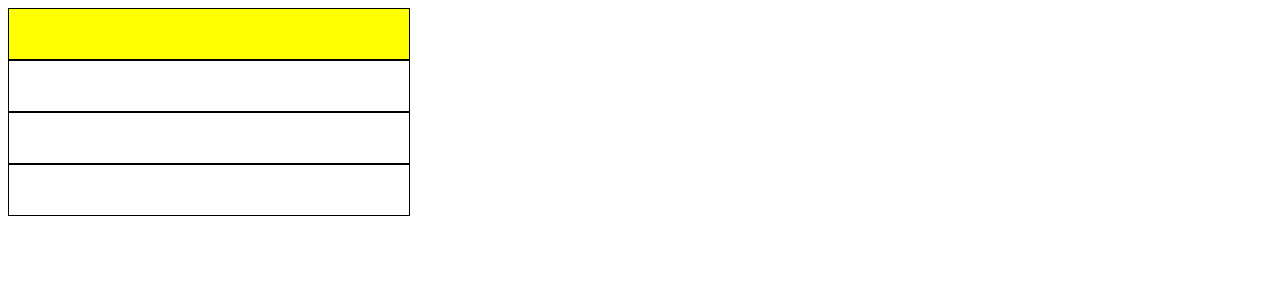
Repository: dudadab/Hhyundaiezwel_Academy
Page: CSS01/src/main/webapp/16_first-child.html
The author's editor kept a copy of each file at every save. The page is drawn from the files as they stood at one save, then again after the next save.
The browser window is 1280 px wide. The pictures show the whole page.

Above is the page before, as saved 2025-07-02 04:31:43.

### CSS01/src/main/webapp/16_first-child.html
<!DOCTYPE html>
<html>
<head>
<meta charset="UTF-8">
<title>first-child 선택자</title>
	<style type="text/css">
	#content div { /*content의 모든 자손 div*/
		width:400px;
		height:50px;
		border:solid 1px black;
	}

	/*content 내의 첫번째 div를 선택:첫번째 객체의미 선택자 기준태그:first-child*/
	#content div:first-child {background:yellow;}
	</style>
</head>
<body>
	<div id="content">
		<div></div>
		<div></div>
		<div></div>
		<div></div>
	</div>
</body>
</html>

After the next save:
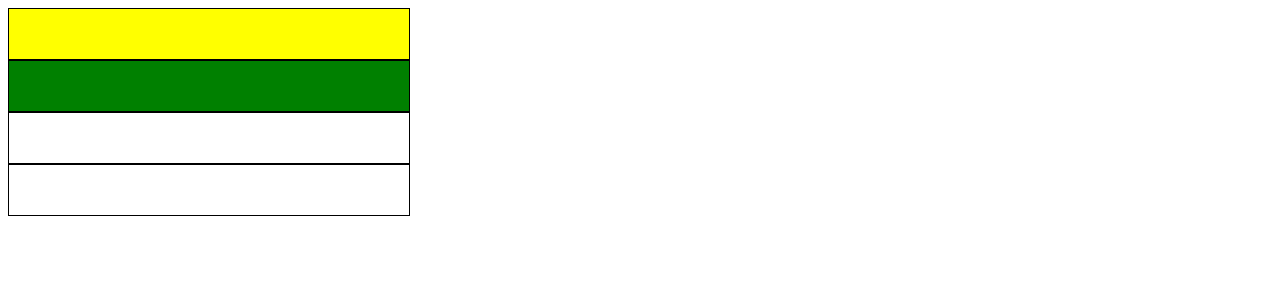
Saved 6 min 23 s later.
--- a/CSS01/src/main/webapp/16_first-child.html
+++ b/CSS01/src/main/webapp/16_first-child.html
@@ -10,8 +10,12 @@
 		border:solid 1px black;
 	}
 
-	/*content 내의 첫번째 div를 선택:첫번째 객체의미 선택자 기준태그:first-child*/
+	/*content 내의 첫번째 div를 선택:첫번째 객체의미 선택자 #content 태그:first-child -> 앞뒤로 공백이 있으면 안됨*/
 	#content div:first-child {background:yellow;}
+	#content div:first-child + div {background:green;}
+	/*#content div:first-child + div + div {background:red;} /*+div를 계속 적용할 수 있음*/
+	#content div:nth-chil(3) {background:purple;}
+	#content div:nth-chil(4) {background:skyblue;}
 	</style>
 </head>
 <body>
